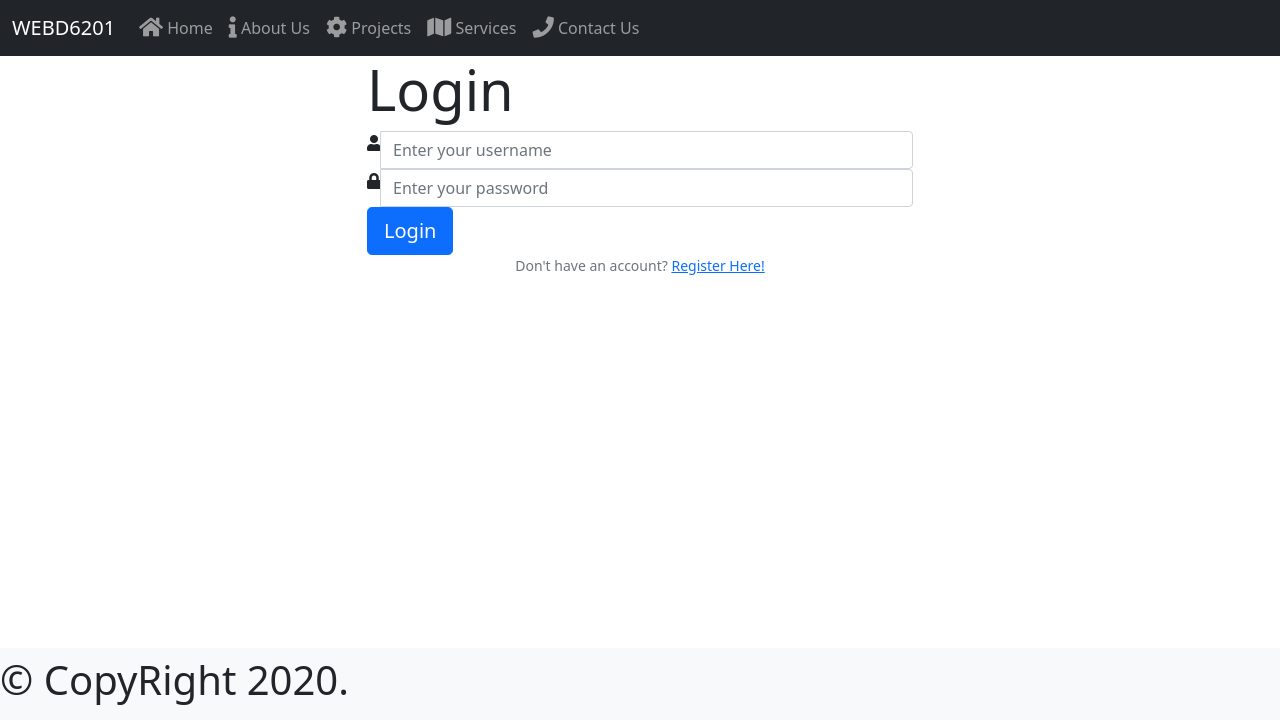
Repository: Sub4Sub/Ice-3
Page: login.html
These files come from the project's save history. The page is drawn as it stood at one moment and after the next save; the edit follows.
The browser window is 1280 px wide. The pictures show the whole page.

Above is the page before, as saved 2021-02-13 23:35:34.
Console error: ReferenceError: core is not defined

### login.html
<!DOCTYPE html>
<html lang="en">
<head>
    <meta charset="UTF-8">
    <meta name="viewport" content="width=device-width, initial-scale=1.0">
    <meta http-equiv="X-UA-Compatible" content="ie=edge">
    <!-- CSS SECTION-->
    <link rel="stylesheet" href="./node_modules/bootstrap/dist/css/bootstrap.min.css">
    <link rel="stylesheet" href="./node_modules/@fortawesome/fontawesome-free/css/all.min.css">
    <link rel="stylesheet" href="./Content/app.css">
    <title>Login</title>
</head>
<body>
  <header>
    <!-- Main Navigation -->
    <nav class="navbar navbar-expand-lg navbar-dark bg-dark">
        <div class="container-fluid">
          <a class="navbar-brand" href="index.html">WEBD6201</a>
          <button class="navbar-toggler" type="button" data-bs-toggle="collapse" data-bs-target="#navbarSupportedContent" aria-controls="navbarSupportedContent" aria-expanded="false" aria-label="Toggle navigation">
            <span class="navbar-toggler-icon"></span>
          </button>
          <div class="collapse navbar-collapse" id="navbarSupportedContent">
            <ul class="navbar-nav me-auto mb-2 mb-lg-0">
              <li class="nav-item">
                <a class="nav-link" aria-current="page" href="index.html"><i class="fas fa-home fa-lg"></i> Home</a>
              </li>

              <li class="nav-item">
                <a class="nav-link" aria-current="page" href="about.html"><i class="fas fa-info fa-lg"></i> About Us</a>
              </li>

              <li class="nav-item">
                <a class="nav-link" aria-current="page" href="projects.html"><i class="fas fa-cog fa-lg"></i> Projects</a>
              </li>

              <li class="nav-item">
                <a class="nav-link" aria-current="page" href="services.html"><i class="fas fa-map fa-lg"></i> Services</a>
              </li>

              <li class="nav-item">
                <a class="nav-link" aria-current="page" href="contact.html"><i class="fas fa-phone fa-lg"></i> Contact Us</a>
              </li>
            </ul>
          </div>
        </div>
      </nav>
    </header>

      <!-- Main Content -->
      <main class="container" id="mainContent">
          <div class="row">
              <div class="offset-md-3 col-md-6 col-sm-12">
                    <div class="login" id="contentArea">
                        <h1 class="display-4">Login</h1>
                        <form id="loginForm" novalidate>

                          <div class="form-group">
                            <div class="input-group">
                              <span class="input-group-addon">
                                <i class="fa fa-user">
                                </i>
                              </span>
                              <input type="text" class="form-control" id="contactName" name="userName"  required
                              value="" placeholder="Enter your username">
                            </div>

                          </div>

                          <div class="form-group">
                            <div class="input-group">
                              <span class="input-group-addon">
                                <i class="fa fa-lock">
                                </i>
                              </span>
                              <input type="password" class="form-control" id="password" name="password"  required
                              value="" placeholder="Enter your password">
                            </div>

                          </div>
                          <div class="text-right">
                            <button id="submitButton" type="submit" class="btn btn-primary btn-lg">Login</button>
                          </div>
                        </form>

                    </div>
                    <p class="text-center text-muted small">
                      Don't have an account?
                      <a href="register.html">Register Here!</a>
                    </p>
              </div>
          </div>
      </main>

      <footer>
        <nav class="navbar fixed-bottom navbar-light bg-light">
          <h4 class="display-6">&copy; CopyRight 2020.</h4>
        </nav>
      </footer>

    <!-- SCRIPT SECTION -->
    <!-- 3rd Party Libraries -->
    <script src="./node_modules/jquery/dist/jquery.min.js"></script>
    <script src="./node_modules/bootstrap/dist/js/bootstrap.min.js"></script>

    <!-- App Scripts -->
    <script src="./Scripts/app.js"></script>
</body>
</html>

### Scripts/app.js
/* custom JavaScript goes here */

//IIFE - Immediately Invoked Function Expression
//AKA - Anonymous Self-Executing Function
//Closure - limits scope leak

"use strict";
(function(core)
{
    function displayHome()
    {
        let paragraphOneText =
          "This is a simple site to demonstrate DOM Manipulation for ICE 1";

        let paragraphOneElement = document.getElementById("paragraphOne");

        paragraphOneElement.textContent = paragraphOneText;
        paragraphOneElement.className = "fs-5";

        // Step 1. document.createElement
        let newParagraph = document.createElement("p");
        // Step 2. configure the element
        newParagraph.setAttribute("id", "paragraphTwo");
        newParagraph.textContent = "...And this is paragraph two";
        // Step 3. select the parent element
        let mainContent = document.getElementsByTagName("main")[0];
        // Step 4. Add / Insert the element
        mainContent.appendChild(newParagraph);

        newParagraph.className = "fs-6";

        // another way of injecting content
        let paragraphDiv = document.createElement("div");
        let paragraphThree = `<p id="paragraphThree" class="fs-7 fw-bold">And this is the Third Paragraph</p>`;
        paragraphDiv.innerHTML = paragraphThree;

        // insertions

        // example of inserting before a node
        //newParagraph.before(paragraphDiv);

        // example of inserting after a node
        newParagraph.after(paragraphDiv);

        // deletions

        // example of removing a single element
        //paragraphOneElement.remove();

        // example of removeChild
        mainContent.removeChild(paragraphOneElement);

        // update / modification
        //mainContent.firstElementChild.textContent = "Welcome Home!";

        mainContent.innerHTML = `<h1 id="firstHeading">Welcome to WEBD6201 - Lab 1</h1>
         <p id="paragraphOne" class="fs-3 fw-bold">This is my first Paragraph</p>
        `;

    }

    function displayAbout()
    {

    }

    function displayProjects()
    {

    }

    function displayServices()
    {

    }

    function testFullName()
    {
      let fullNamePattern = /[A-Z][a-z]+(\s|,)[A-Z][a-z]{1,50}/;
      let messageArea = $("#messageArea").hide();
      $("#fullName").on("blur", function()
      {
        if(!fullNamePattern.test($(this).val()))
        {
          $(this).trigger("focus").trigger("select");
          messageArea.show().addClass("alert alert-danger").text("Please enter an appropriate Name. A first name and last name are required with a minimum length of 2 characters each.");
        }
        else
        {
            messageArea.removeAttr("class").hide();
        }
      });
    }

    function testContactNumber()
    {
      let contactNumberPattern = /^(\+\d{1,2}\s)?\(?\d{3}\)?[\s.-]?\d{3}[\s.-]?\d{4}$/;
      let messageArea = $("#messageArea");
      $("#contactNumber").on("blur", function()
      {
        if(!contactNumberPattern.test($(this).val()))
        {
          $(this).trigger("focus").trigger("select");
          messageArea.show().addClass("alert alert-danger").text("Please enter a valid contact number.");
        }
        else
        {
            messageArea.removeAttr("class").hide();
        }
      });

    }

    function testEmailAddress()
    {
      let emailAddressPattern = /^([a-zA-Z0-9._%-]+@[a-zA-Z0-9.-]+\.[a-zA-Z]{2,6})*$/;
      let messageArea = $("#messageArea");
      $("#emailAddress").on("blur", function()
      {
        if(!emailAddressPattern.test($(this).val()))
        {
          $(this).trigger("focus").trigger("select");
          messageArea.show().addClass("alert alert-danger").text("Please enter a valid email address.");
        }
        else
        {
            messageArea.removeAttr("class").hide();
        }
      });
    }

    function formValidation()
    {
      testFullName();
      testContactNumber();
      testEmailAddress();
    }

    function displayContact()
    {
      formValidation();

      $("#sendButton").on("click", ()=>
      {
        let contact = new core.Contact(fullName.value, contactNumber.value, emailAddress.value);

        if(contact.serialize())
        {
          localStorage.setItem((localStorage.length + 1).toString(), contact.serialize());
        }
      });



    }

    function displayContactList()
    {
      if (localStorage.length > 0)
      {
        let contactList = document.getElementById("contactList");

        let data = "";
        let index = 1;
        let keys = Object.keys(localStorage);
        for (const key of keys) {
          let contactData = localStorage.getItem(key);

          let contact = new core.Contact();
          contact.deserialize(contactData);

          data += `<tr>
          <th scope="row" class="text-center">${index}</th>
          <td>${contact.FullName}</td>
          <td>${contact.ContactNumber}</td>
          <td>${contact.EmailAddress}</td>
          <td class="text-center"><button value="${key}" class="btn btn-primary btn-sm edit"><i class="fas fa-edit fa-sm"></i> Edit</button></td>
          <td class="text-center"><button value="${key}" class="btn btn-danger btn-sm delete"><i class="fas fa-trash-alt fa-sm"></i> Delete</button></td>
          </tr>`;

          index++;
        }

        contactList.innerHTML = data;

        $("button.edit").on("click", function()
        {
          location.href ="edit.html#" + $(this).val();
        });

         $("button.delete").on("click", function()
         {
           if(confirm("Are you sure?"))
           {
            localStorage.removeItem($(this).val());
           }
           location.href = "contact-list.html";
         });

         $("#addButton").on("click", function()
         {
            location.href = "edit.html";
         })
      }
    }

    function displayEdit()
    {
      let key = location.hash.substring(1);
      let contact = new core.Contact();

      // check to ensure that the key is not empty
      if(key != "")
      {

        // get contact info from localStorage
        contact.deserialize(localStorage.getItem(key));

        // display contact information in the form
        $("#fullName").val(contact.FullName);
        $("#contactNumber").val(contact.ContactNumber);
        $("#emailAddress").val(contact.EmailAddress);
      }
      else
      {
        // modify the page so that it shows "Add Contact" in the header
        $("main>h1").text("Add Contact");

        // modify the edit button so that it shows "Add" as well as the appropriate icon
        $("#editButton").html(`<i class="fas fa-plus-circle fa-lg"></i> Add`);
      }

      // form validation
      formValidation();

      $("#editButton").on("click", function()
      {

        if(key == "")
        {
          // create a new key based on the First initial of the FullName and the Date.now() in ms
          key = contact.FullName.substring(0, 1) + Date.now();
        }

        // copy contact info from the form to the contact object
        contact.FullName =  $("#fullName").val();
        contact.ContactNumber = $("#contactNumber").val();
        contact.EmailAddress = $("#emailAddress").val();

        // add or edit the contact ifo in localStorage
        localStorage.setItem(key, contact.serialize());

        // return to the contact-list page
        location.href = "contact-list.html";
      });

      $("#cancelButton").on("click", function()
      {
        // return to the contact-list page
        location.href = "contact-list.html";
      });

    }

    function displayLogin()
    {

    }

    function displayRegister()
    {

    }

    function Start()
    {
        console.log("App Started...");

        switch (document.title)
        {
          case "Home":
              displayHome();
            break;
          case "About":
              displayAbout();
            break;
          case "Projects":
              displayProjects();
            break;
          case "Services":
              displayServices();
            break;
          case "Contact":
              displayContact();
            break;
          case "Contact-List":
            displayContactList();
          break;
          case "Edit":
            displayEdit();
            break;
          case "Login":
            displayLogin();
          break;
          case "Register":
            displayRegister();
          break;
        }

    }

    window.addEventListener("load", Start);

    core.Start = Start;

})(core || (core = {}));

Loaded but not shown: node_modules/bootstrap/dist/css/bootstrap.min.css (library); node_modules/@fortawesome/fontawesome-free/css/all.min.css (library); Content/app.css (common file); node_modules/jquery/dist/jquery.min.js (library); node_modules/bootstrap/dist/js/bootstrap.min.js (library)

After the next save:
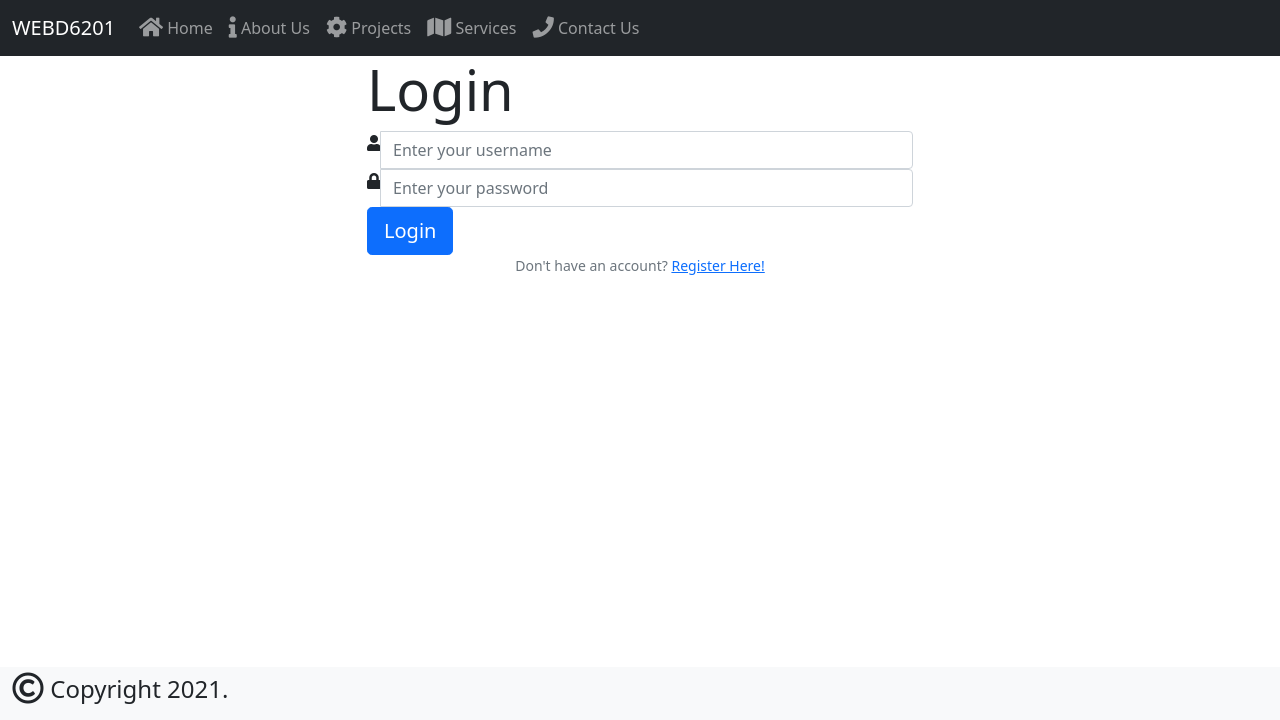
Saved 38 s later.
--- a/login.html
+++ b/login.html
@@ -93,7 +93,9 @@
 
       <footer>
         <nav class="navbar fixed-bottom navbar-light bg-light">
-          <h4 class="display-6">&copy; CopyRight 2020.</h4>
+          <div class="container-fluid">
+            <h4><i class="far fa-copyright fa-lg"></i> Copyright 2021.</h4>
+          </div>
         </nav>
       </footer>
 
